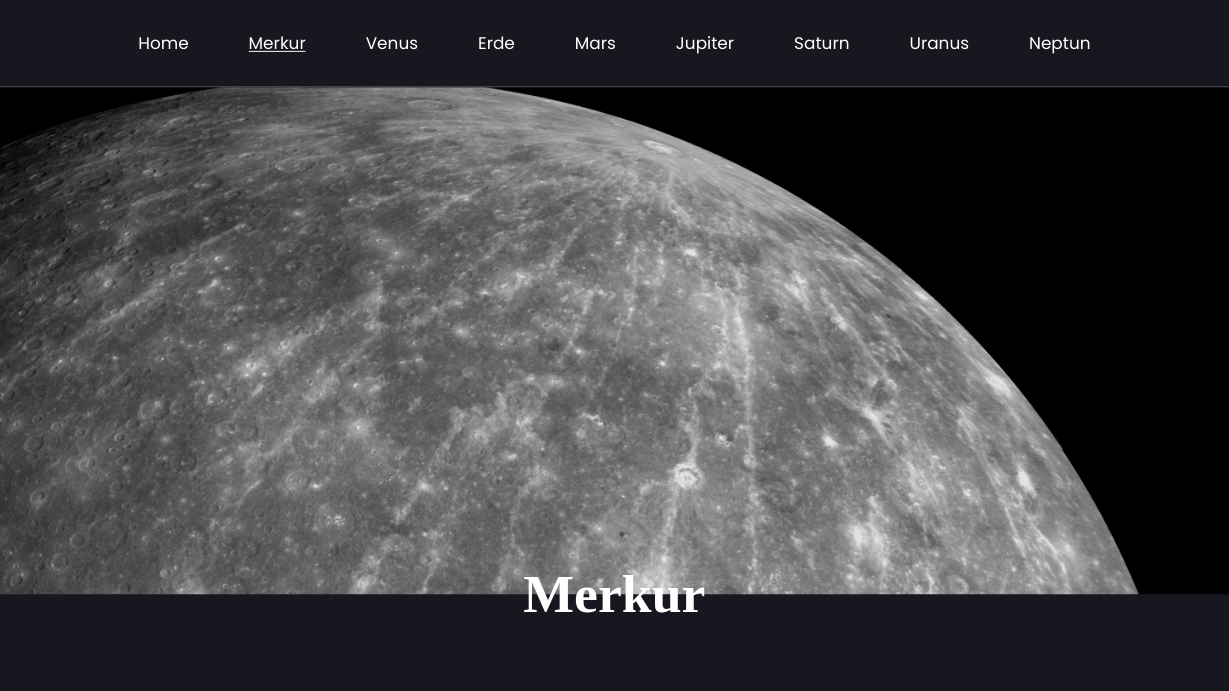
Repository: moreno-livak/solar
Page: dist/html/merkur.html
These files come from the project's save history. The page is drawn as it stood at one moment and after the next save; the edit follows.
The browser window is 1280 px wide. The pictures show the whole page, at 96% of full size.
The style sheet was rebuilt from its Sass, Less or Tailwind sources for each picture, by a compiler version that may differ from the author's.

Above is the page before, as saved 2022-05-07 12:50:08.
Console error: TypeError: Cannot read properties of null (reading 'getAttribute')

After the next save:
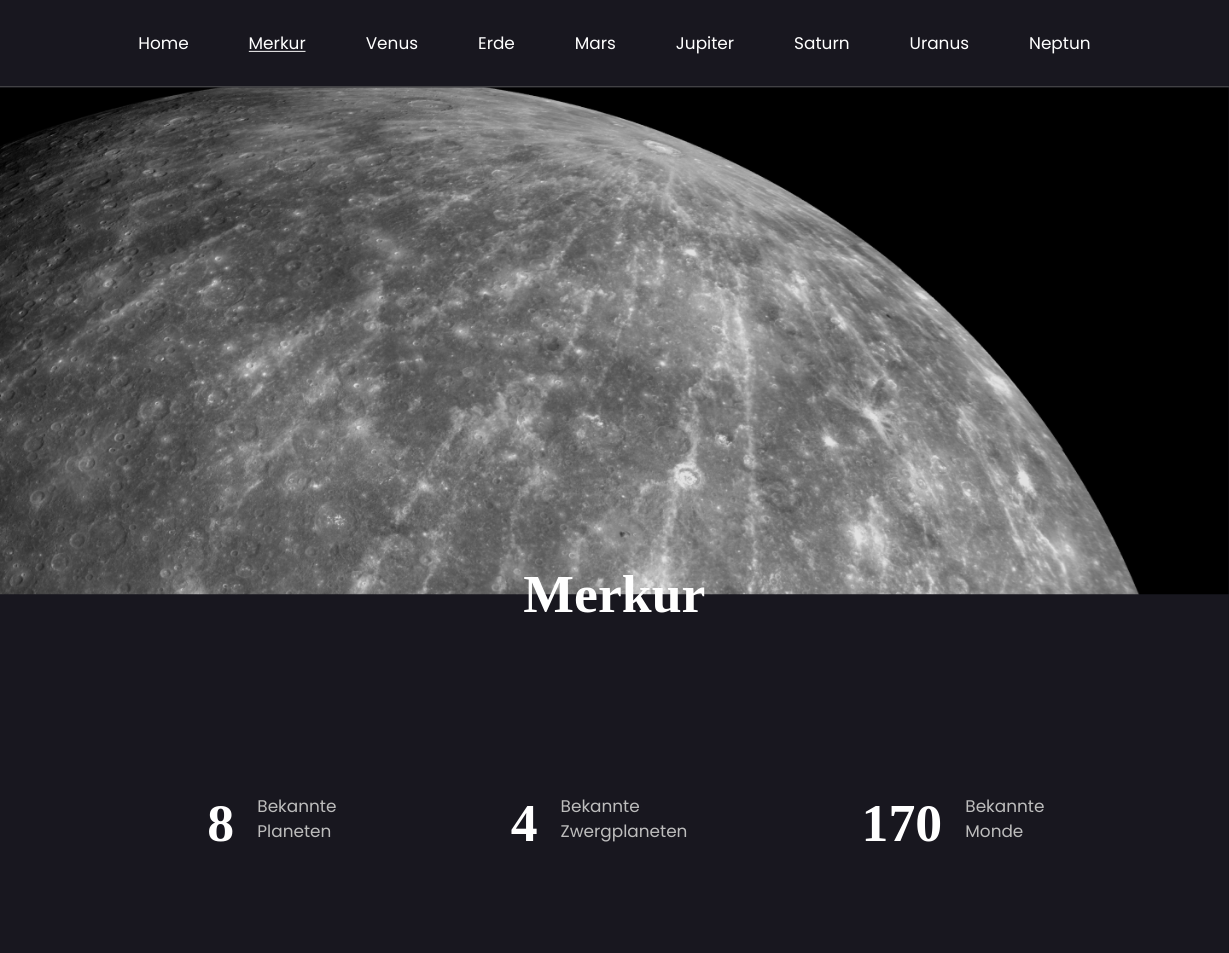
Saved 74 s later.
--- a/dist/html/merkur.html
+++ b/dist/html/merkur.html
@@ -43,6 +43,7 @@
   </nav>
 
 
+
   <section class="header">
     <div class="image-header"><img src="../assets/Merkur/Merkur-Header.png"></div>
     <h1>Merkur</h1>
@@ -50,6 +51,25 @@
 
 
 
+  <section class="quik-facts">
+    <div class="quik-fact">
+        <p class="number">8</p>
+        <p>Bekannte<br>Planeten</p>
+    </div>
+    <div class="quik-fact">
+        <p class="number">4</p>
+        <p>Bekannte<br>Zwergplaneten</p>
+    </div>
+    <div class="quik-fact">
+        <p class="number">170</p>
+        <p>Bekannte<br>Monde</p>
+    </div>
+</section>
+
+
+
+
+
 
   <script src="../scripts/merkur.js"></script>
 </body>
